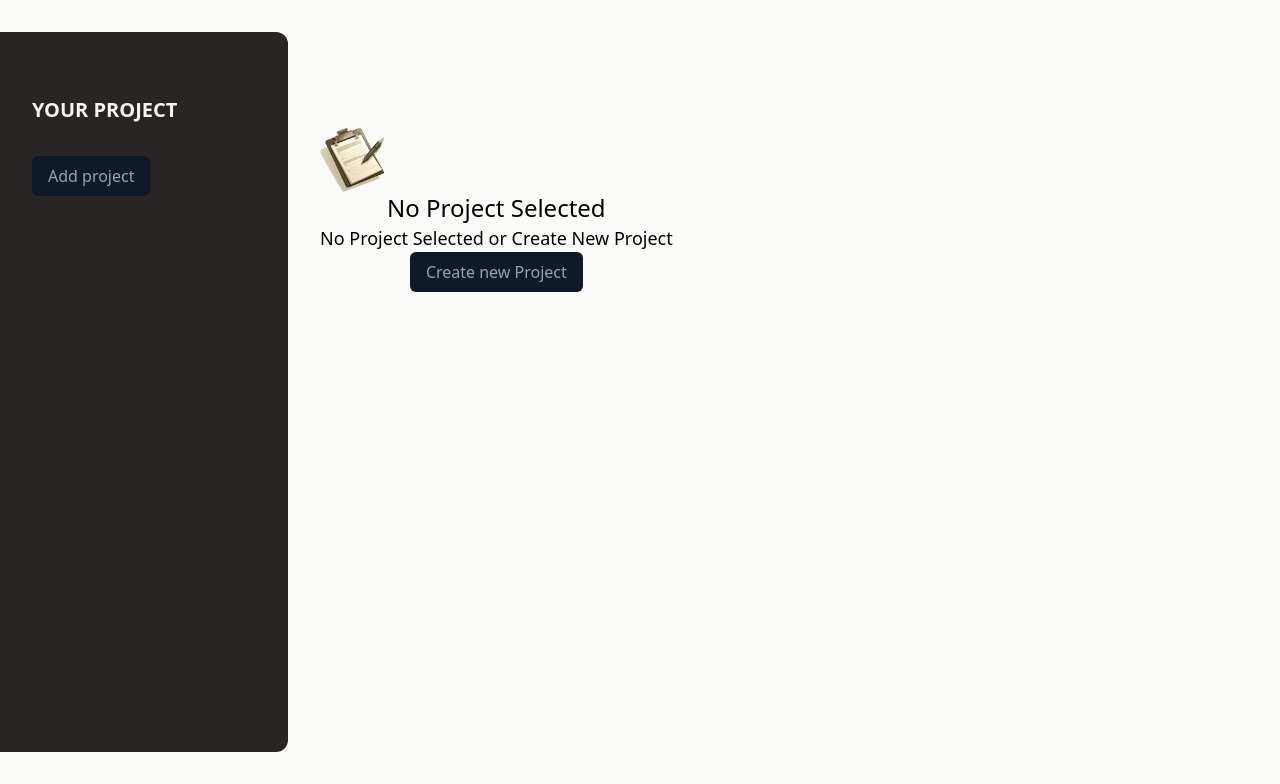
Repository: sibi24sibi/todo-list-using-reactjs
Page: /
These files come from the project's save history. The page is drawn as it stood at one moment and after the next save; the edit follows.
The browser window is 1280 px wide. The pictures show the whole page.
The project was rebuilt for these pictures with package versions that can differ from the ones it lists, and the page was loaded fresh each time. Also part of the build but not shown: vite.config.js, src/Components/Input.jsx, src/Components/NewProjects.jsx.

Above is the page before, as saved 2024-06-24 14:58:19.

### src/App.jsx
import NewPoject from "./Components/NewProjects";
import Noprojects from "./Components/NoProjects";
import SideBar from "./Components/SideBar";

function App() {
  return (
    <>
      <main className="h-screen my-8 flex gap-8">
        <SideBar />
        <Noprojects />
      </main>
    </>
  );
}

export default App;

### src/Components/NoProjects.jsx
import noProjects from "../assets/no-projects.png";
import Button from "./Button";

export default function Noprojects() {
  return (
    <div className="W-2/3  mt-24 text-center">
      <img src={noProjects} alt="No Projects" className="w-16 h-16" />
      <h2 className="text-2xl ">No Project Selected</h2>
      <p className=" text-lg">No Project Selected or Create New Project</p>
      <p>
        <Button className="">Create new Project</Button>
      </p>
    </div>
  );
}

### src/Components/SideBar.jsx
import Button from "./Button";

export default function SideBar() {
  return (
    <aside className="w-1/3 px-8 py-16 bg-stone-800 text-stone-50 md:w-72 rounded-r-xl">
      <h2 className="mb-8 font-bold uppercase md:text-xl text-stone-100">
        your project
      </h2>
      <div>
        <Button className="px-4 py-2 text-slate-400 hover:text-slate-900 md:text-base rounded-md bg-slate-800 hover:bg-slate-400">
          Add project
        </Button>
      </div>
      <ul></ul>
    </aside>
  );
}

### src/Components/Button.jsx
export default function Button({ children, ...props }) {
  return (
    <button
      {...props}
      className="px-4 py-2 text-slate-400 hover:text-gray-950 md:text-base rounded-md  bg-gray-900 hover:bg-slate-400"
    >
      {children}
    </button>
  );
}

Loaded but not shown: index.html (common file); src/main.jsx (common file); src/index.css (common file); tailwind.config.js (common file)

After the next save:
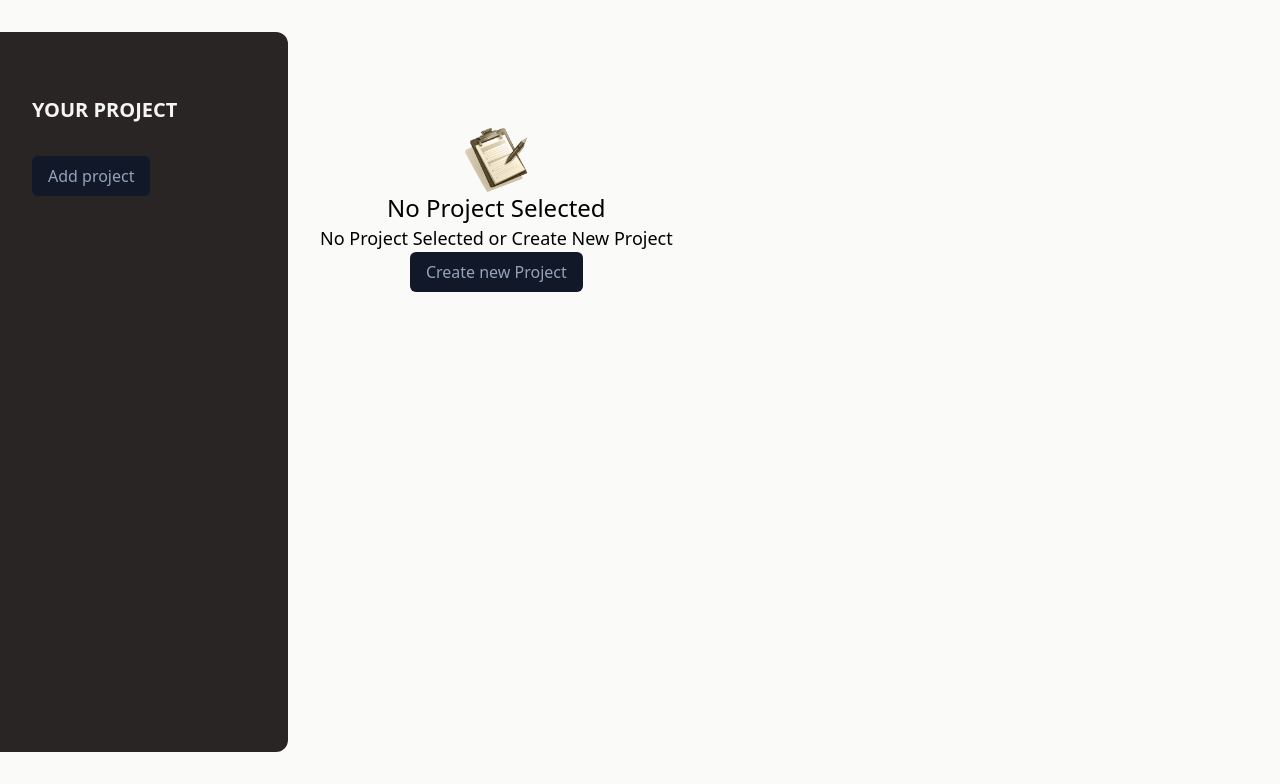
Saved 2 min 40 s later.
--- a/src/Components/NoProjects.jsx
+++ b/src/Components/NoProjects.jsx
@@ -4,7 +4,11 @@ import Button from "./Button";
 export default function Noprojects() {
   return (
     <div className="W-2/3  mt-24 text-center">
-      <img src={noProjects} alt="No Projects" className="w-16 h-16" />
+      <img
+        src={noProjects}
+        alt="No Projects"
+        className="w-16 h-16 object-contain mx-auto"
+      />
       <h2 className="text-2xl ">No Project Selected</h2>
       <p className=" text-lg">No Project Selected or Create New Project</p>
       <p>
